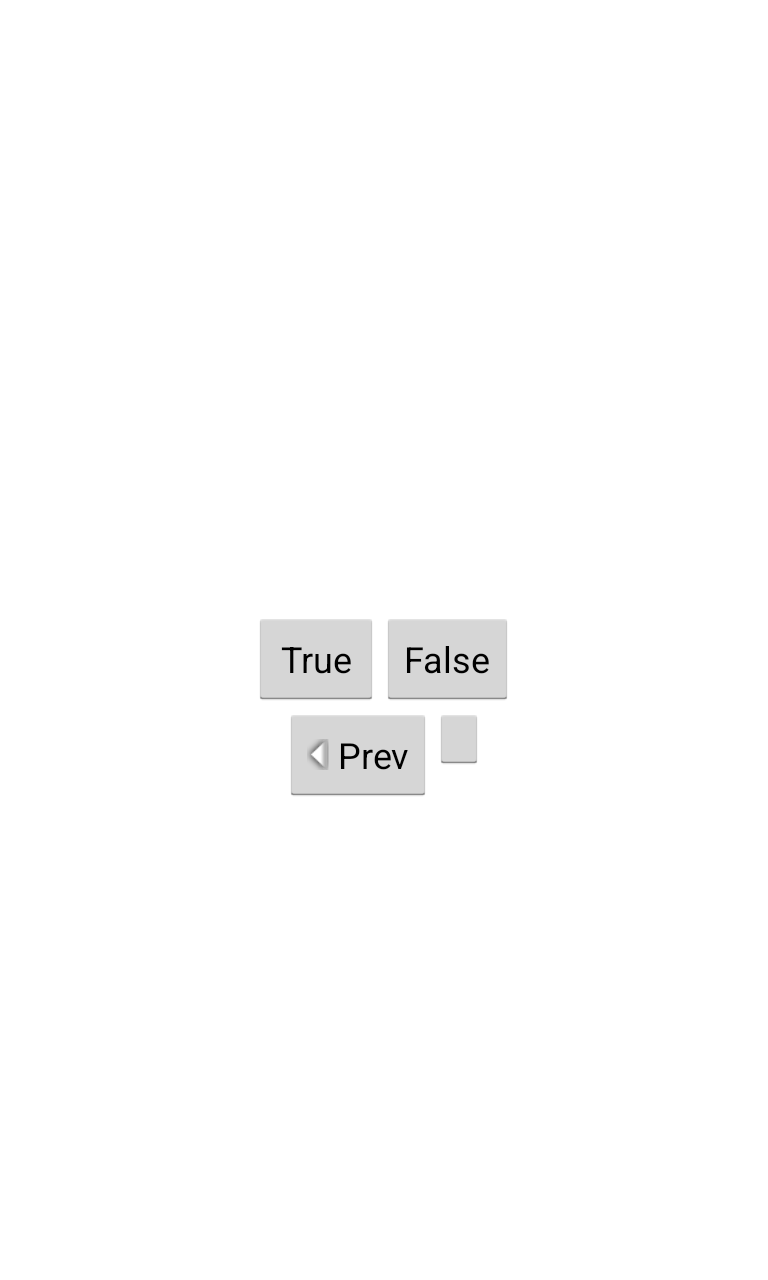
Repository: joblinan/Android-Programming-1st-Edition
Layout: GeoQuiz/res/layout/activity_quiz.xml
The author's editor kept a copy of each file at every save. The layout is drawn from the files as they stood at one save, then again after the next save.
It is drawn on a 768 x 1280 px phone screen (xhdpi) without system bars, with theme AppTheme; the app's code is not run.

Above is the layout before, as saved 2016-08-12 03:22:06.

### GeoQuiz/res/layout/activity_quiz.xml

<LinearLayout xmlns:android="http://schemas.android.com/apk/res/android"
    android:layout_width="match_parent"
    android:layout_height="match_parent"
    android:gravity="center"
    android:orientation="vertical" >

    <TextView
        android:id="@+id/question_text_view"
        android:layout_width="wrap_content"
        android:layout_height="wrap_content"
        android:padding="24dp" />

    <LinearLayout
        android:layout_width="wrap_content"
        android:layout_height="wrap_content"
        android:orientation="horizontal" >

        <Button
            android:id="@+id/true_button"
            android:layout_width="wrap_content"
            android:layout_height="wrap_content"
            android:text="@string/true_button" />

        <Button
            android:id="@+id/false_button"
            android:layout_width="wrap_content"
            android:layout_height="wrap_content"
            android:text="@string/false_button" />

    </LinearLayout>

    <LinearLayout
        android:layout_width="wrap_content"
        android:layout_height="wrap_content"
        android:orientation="horizontal" >

        <Button
            android:id="@+id/prev_button"
            android:layout_width="wrap_content"
            android:layout_height="wrap_content"
            android:text="@string/prev_button"
            android:drawableLeft="@drawable/arrow_left"
            android:drawablePadding="4dp" />

        <ImageButton
	        android:id="@+id/next_button"
	        android:layout_width="wrap_content"
	        android:layout_height="wrap_content"
	        android:text="@string/next_button"
	        android:drawableRight="@drawable/arrow_right"
	        android:drawablePadding="4dp" />

    </LinearLayout>

</LinearLayout>

### GeoQuiz/res/values/strings.xml
<?xml version="1.0" encoding="utf-8"?>
<resources>

    <string name="app_name">GeoQuiz</string>
    <string name="action_settings">Settings</string>
    <string name="true_button">True</string>
    <string name="false_button">False</string>
    <string name="prev_button">Prev</string>
    <string name="next_button">Next</string>
    <string name="correct_toast">Correct!</string>
    <string name="incorrect_toast">Incorrect!</string>

    <string name="question_oceans">The Pacific Ocean is larger than the Atlantic Ocean.</string>
    <string name="question_mideast">The Suez Canal connects the Red Sea and the Indian Ocean.</string>
    <string name="question_africa">The source of the Nile River is in Egypt.</string>
    <string name="question_americas">The Amazon River is the longest river in the Americas.</string>
    <string name="question_asia">Lake Baikal is the world\'s oldest and deepest freshwater lake.</string>

</resources>

Loaded but not shown: GeoQuiz/res/values/styles.xml (common file); GeoQuiz/res/values-v11/styles.xml (common file); GeoQuiz/res/values-v14/styles.xml (common file)

After the next save:
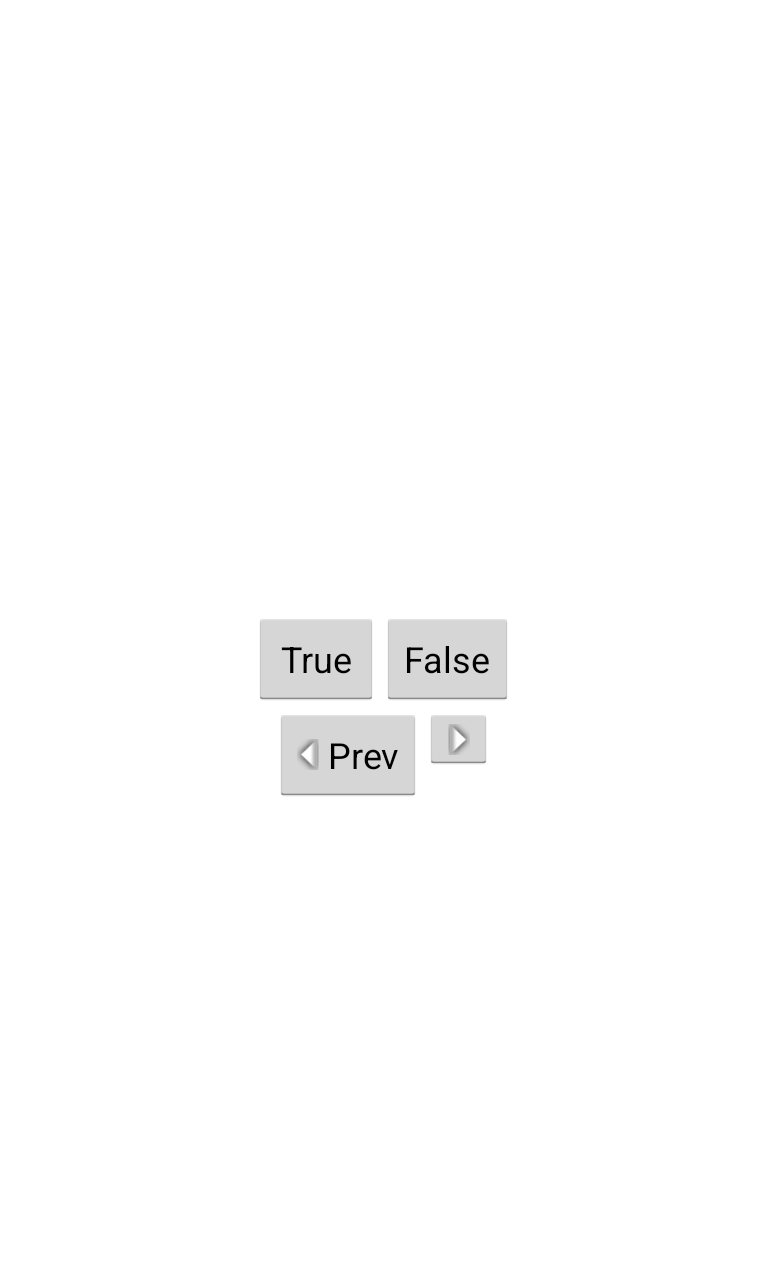
Saved 102 s later.
--- a/GeoQuiz/res/layout/activity_quiz.xml
+++ b/GeoQuiz/res/layout/activity_quiz.xml
@@ -47,9 +47,8 @@
 	        android:id="@+id/next_button"
 	        android:layout_width="wrap_content"
 	        android:layout_height="wrap_content"
-	        android:text="@string/next_button"
-	        android:drawableRight="@drawable/arrow_right"
-	        android:drawablePadding="4dp" />
+	        android:src="@drawable/arrow_right"
+	        android:contentDescription="@string/next_button" />
 
     </LinearLayout>
 
